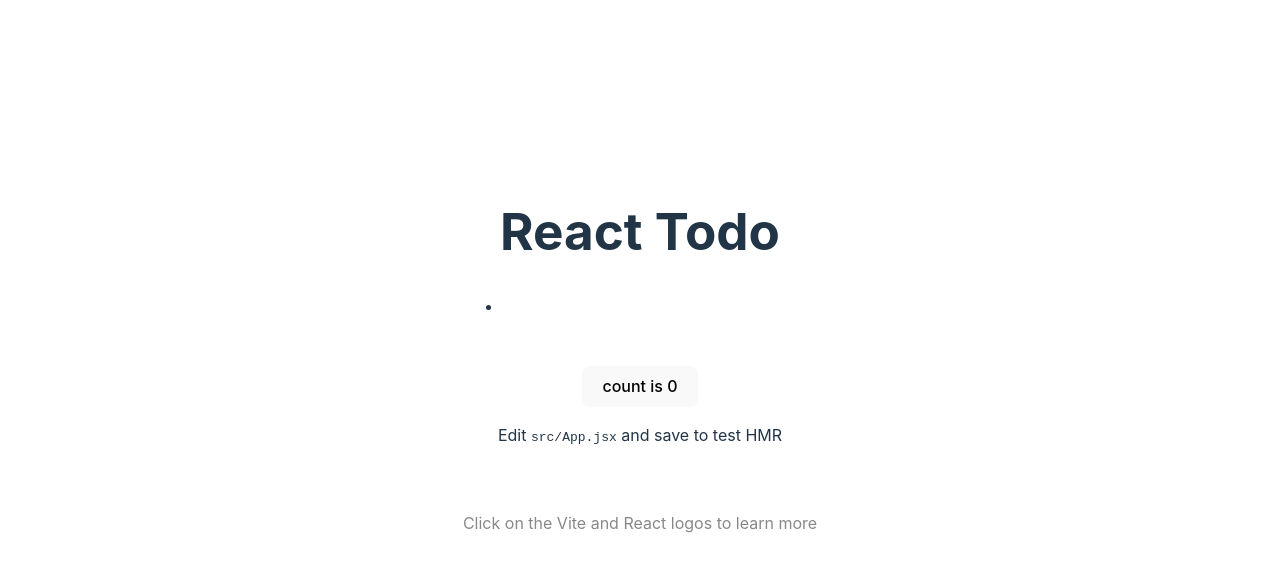
Repository: feyroozecode/React-Todo
Page: /
An editor plug-in stored every save of this project. The page is shown before and after the next save, followed by the edit.
The browser window is 1280 px wide. The pictures show the whole page.
The project was rebuilt for these pictures with package versions that can differ from the ones it lists, and the page was loaded fresh each time. Also part of the build but not shown: vite.config.js.

Above is the page before, as saved 2023-09-20 17:55:12.

After the next save:
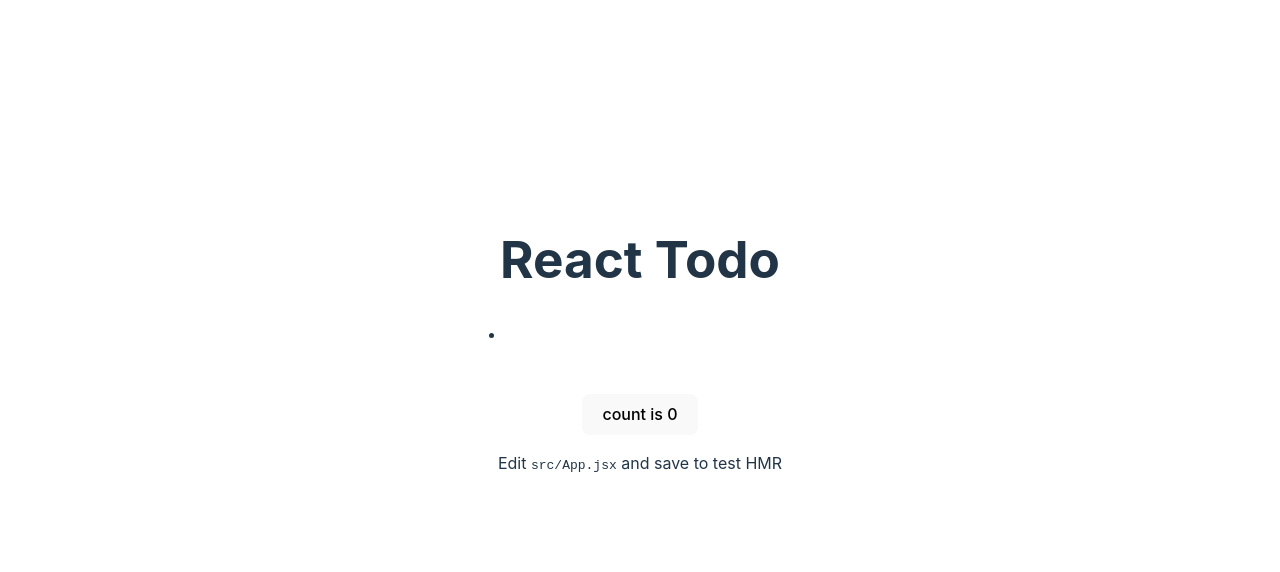
Saved 10 s later.
--- a/src/App.jsx
+++ b/src/App.jsx
@@ -29,9 +29,7 @@
           Edit <code>src/App.jsx</code> and save to test HMR
         </p>
       </div>
-      <p className="read-the-docs">
-        Click on the Vite and React logos to learn more
-      </p>
+
     </>
   )
 }
